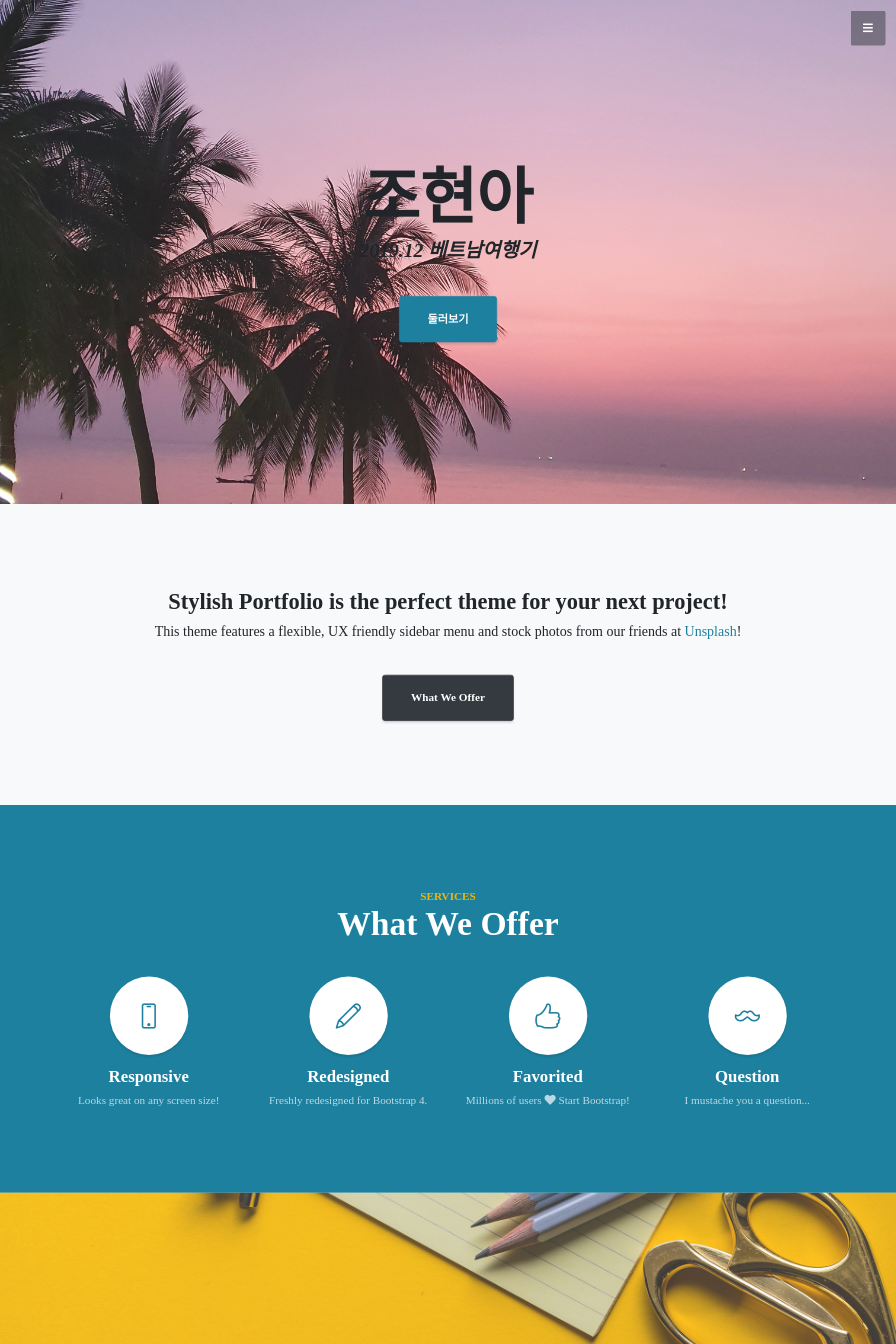
Repository: hyunah-aha/hyunah-aha
Page: HTML/template/index.html
The author's editor kept a record of every edit. The page is drawn from the files as they stood at one moment, then again after the next edit.
The browser window is 1280 px wide. The pictures show the part of the page from y = 0 to 1920 px (the page is 4677 px tall), at 70% of full size.
Some web fonts or font styles are not loaded; a fallback is used.

Above is the page before.

After the next edit:
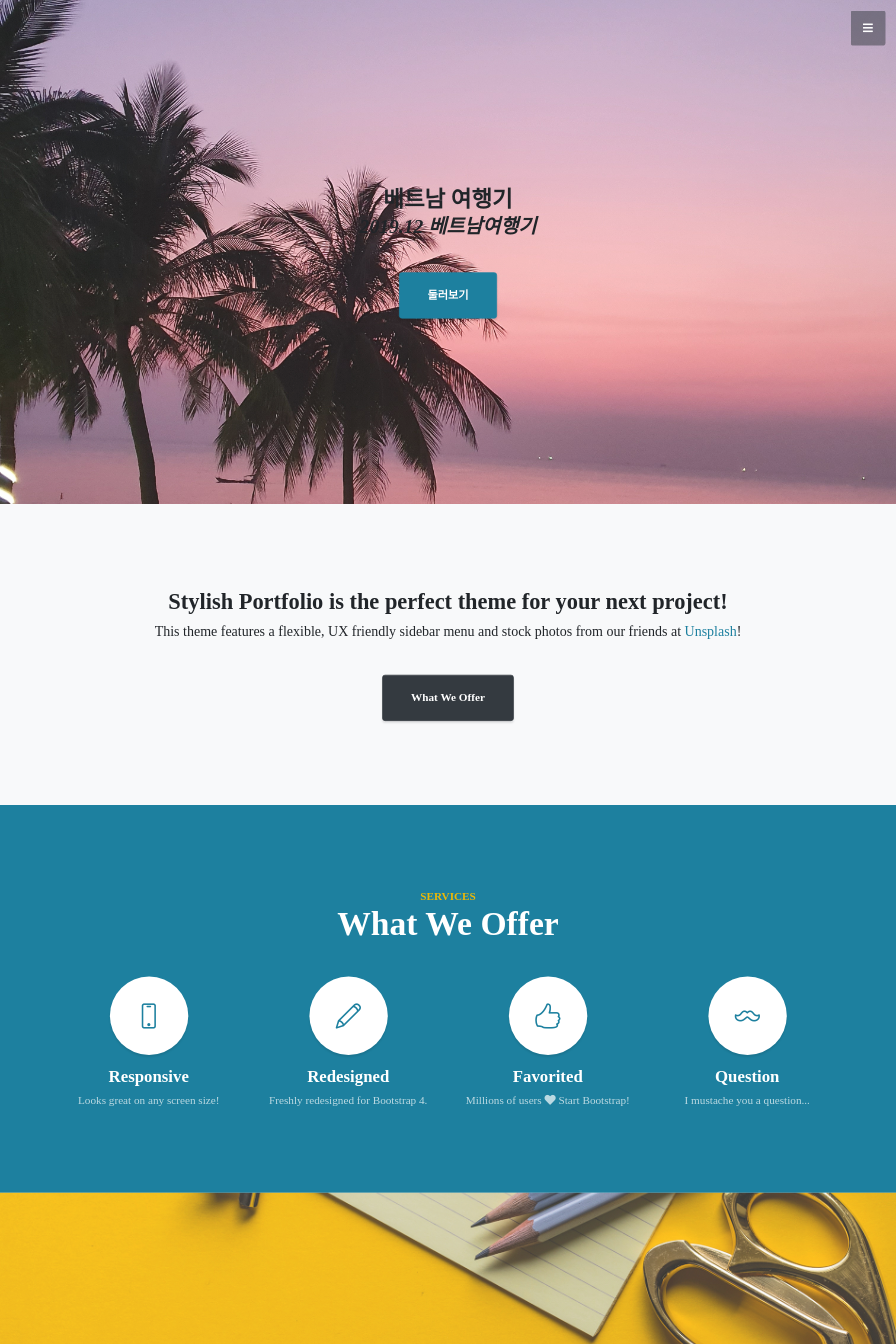
The edit:
--- a/HTML/template/index.html
+++ b/HTML/template/index.html
@@ -55,7 +55,7 @@
   <!-- Header -->
   <header class="masthead d-flex">
     <div class="container text-center my-auto">
-      <h1 class="mb-1">조현아</h1>
+      <h2 class="mb-1">베트남 여행기</h1>
       <h3 class="mb-5">
         <em>2019.12 베트남여행기</em>
       </h3>
